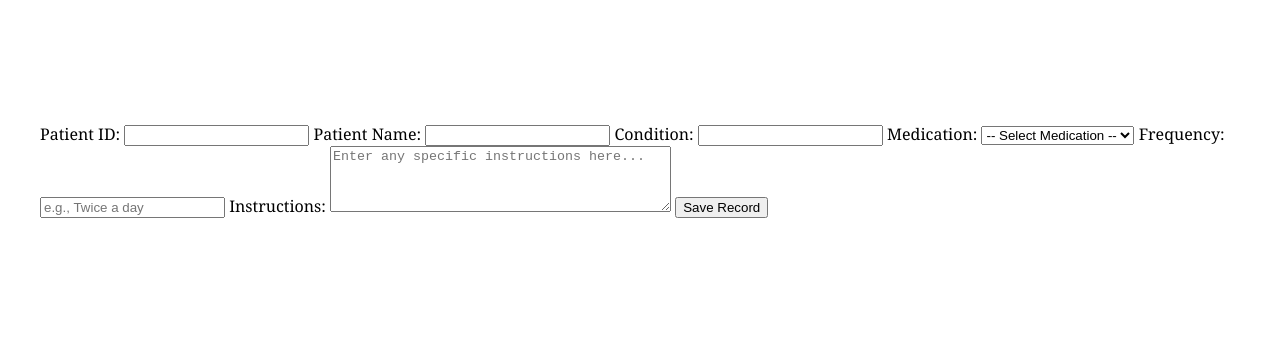
Repository: BinuriJ/HospitalSystem
Page: http://localhost/CyborgSys/DocDashCreate.jsp
These files come from the project's save history. The page is drawn as it stood at one moment and after the next save; the edit follows.
The browser window is 1280 px wide. The pictures show the whole page.
The page is served by Tomcat 9.

Above is the page before, as saved 2025-05-10 05:44:06.

### CyborgSys/WebContent/DocDashCreate.jsp
<%@ page language="java" contentType="text/html; charset=UTF-8"
    pageEncoding="UTF-8"%>
<!DOCTYPE html>
<%@ include file="DocterDashboardstyles.jsp" %>
<html>
<head>
<meta charset="UTF-8">
<title>Create new record</title>
</head>
<body>

    <meta charset="UTF-8">
    <title>Create New Patient Record</title>
</head>
<body>

<h2>Create New Patient Record</h2>

<form action="submitRecord.jsp" method="post">
    <label for="patientId">Patient ID:</label>
    <input type="text" id="patientId" name="patientId" required>

    <label for="patientName">Patient Name:</label>
    <input type="text" id="patientName" name="patientName" required>

    <label for="condition">Condition:</label>
    <input type="text" id="condition" name="condition" required>

    <label for="medication">Medication:</label>
    <select id="medication" name="medication" required>
        <option value="">-- Select Medication --</option>
        <option value="Paracetamol">Paracetamol</option>
        <option value="Ibuprofen">Ibuprofen</option>
        <option value="Amoxicillin">Amoxicillin</option>
        <option value="Azithromycin">Azithromycin</option>
    </select>

    <label for="frequency">Frequency:</label>
    <input type="text" id="frequency" name="frequency" placeholder="e.g., Twice a day" required>

    <label for="instructions">Instructions:</label>
    <textarea id="instructions" name="instructions" rows="4" cols="40" placeholder="Enter any specific instructions here..."></textarea>

    <button type="submit">Save Record</button>
</form>


</body>
</html>

### CyborgSys/WebContent/DocterDashboardstyles.jsp
<style>
body {
    font-family: Cambria, sans-serif;
    padding: 40px;
    margin: 0;
    background-color: white;
}

.top-bar {
    background-color: darkblue;
    color: white;
    padding: 15px 20px;
    display: flex;
    justify-content: space-between;
    align-items: center;
}

.container {
    padding: 20px;
}

.header {
    display: flex;
    justify-content: space-between;
    align-items: center;
    margin-bottom: 20px;
}

.btn {
    padding: 10px 16px;
    border: none;
    border-radius: 4px;
    cursor: pointer;
    font-size: 14px;
}

.btn-create {
    background-color: green;
    color: white;
}

.btn-create:hover {
    background-color: darkgreen;
}

.btn-edit {
    background-color: green;
    color: white;
}

.btn-edit:hover {
    background-color: darkgreen;
}

.btn-delete {
    background-color: red;
    color: white;
}

.btn-delete:hover {
    background-color: darkred;
}


table {
    width: 100%;
    border-collapse: collapse;
    background-color: white;
}

th, td {
    border: 1px solid #ddd;
    padding: 12px;
    text-align: center;
}

th {
    background-color: #f2f2f2;
}

.actions {
    display: flex;
    gap: 10px;
}

h2 {
    text-align: center;
    margin-bottom: 30px;
    color: white;
}
</style>

After the next save:
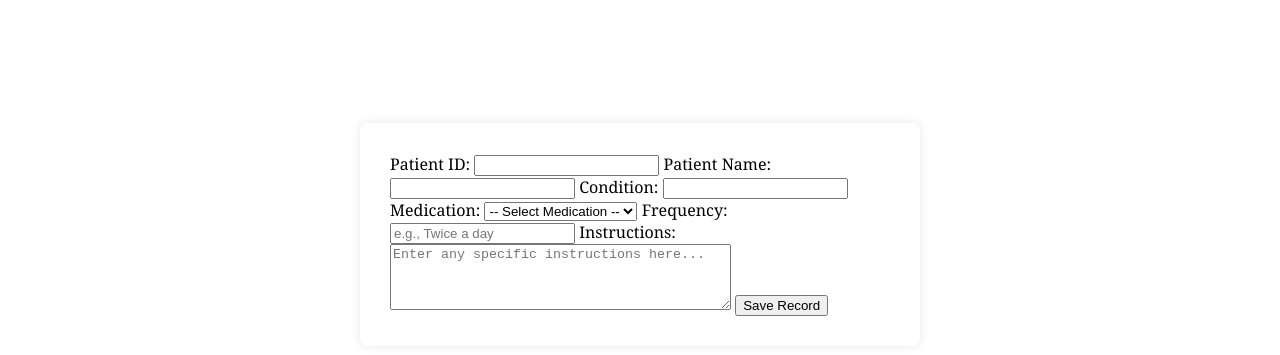
Saved 64 s later.
--- a/CyborgSys/WebContent/DocterDashboardstyles.jsp
+++ b/CyborgSys/WebContent/DocterDashboardstyles.jsp
@@ -88,4 +88,23 @@ h2 {
     margin-bottom: 30px;
     color: white;
 }
+
+form {
+    max-width: 500px;
+    margin: 0 auto;
+    background-color: white;
+    padding: 30px;
+    border-radius: 8px;
+    box-shadow: 0 0 10px rgba(0,0,0,0.1);
+}
+
+
+
+
+
+
+
+
+
+
 </style>
